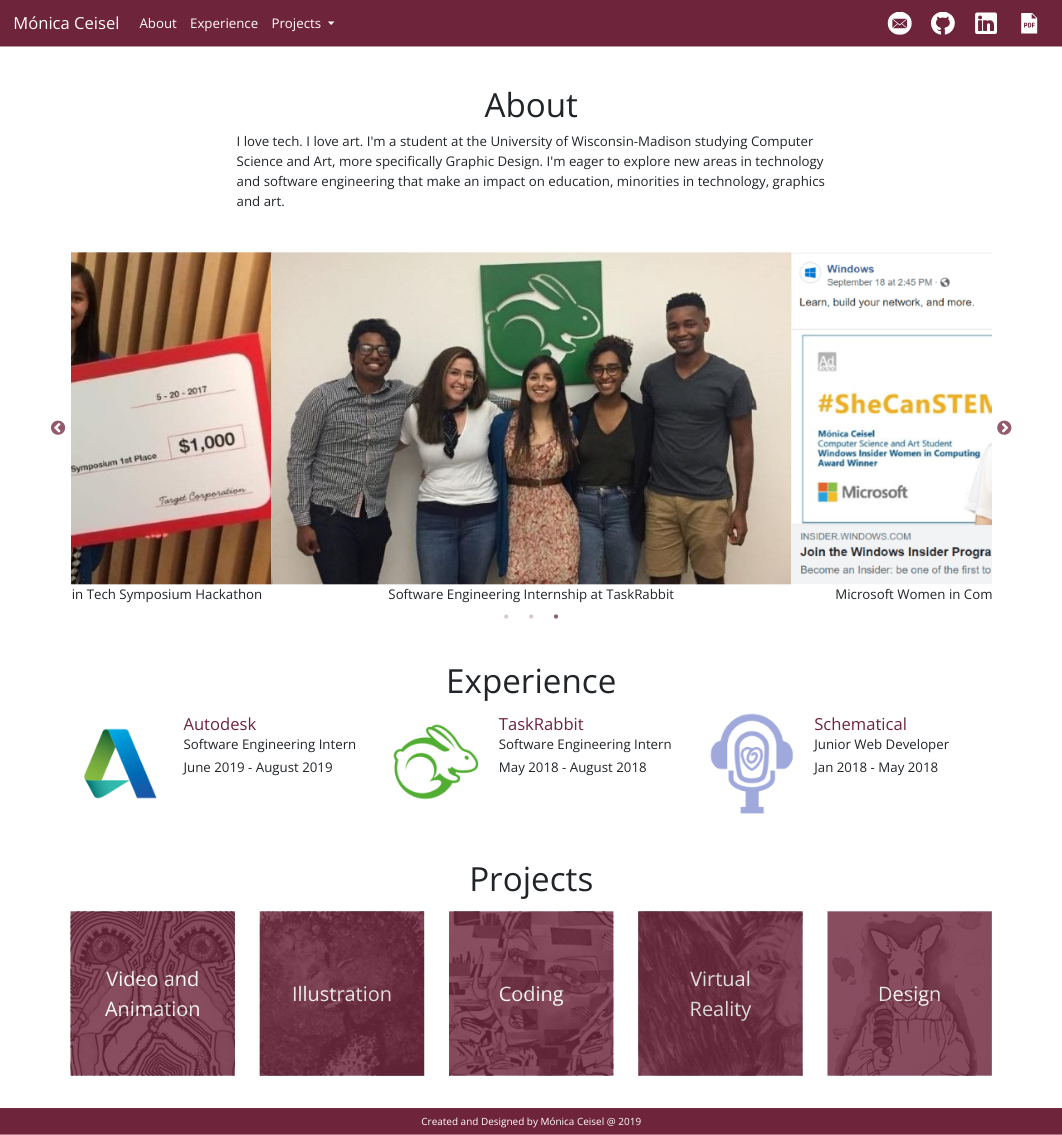
Repository: ceiselm/ceiselm.github.io
Page: index.html
These files come from the project's save history. The page is drawn as it stood at one moment and after the next save; the edit follows.
The browser window is 1280 px wide. The pictures show the whole page, at 83% of full size.

Above is the page before, as saved 2019-07-12 07:01:30.

### index.html
<!DOCTYPE html>
<html lang="en">

<head>
  <meta charset="utf-8">
  <meta http-equiv="X-UA-Compatible" content="IE=edge">
  <meta name="viewport" content="width=device-width, initial-scale=1">
  <title>M&oacute;nica Ceisel</title>
  <!-- Bootstrap -->
  <link href="css/bootstrap-4.2.1.css" rel="stylesheet">
  <!-- slick -->
  <link rel="stylesheet" type="text/css" href="slick/slick.css" />
  <!-- Add the new slick-theme.css if you want the default styling -->
  <link rel="stylesheet" type="text/css" href="slick/slick-theme.css" />
  <!-- font -->
  <link href="https://fonts.googleapis.com/css?family=Open+Sans&display=swap" rel="stylesheet">
  <!-- overwrites -->
  <link href="css/home.css" rel="stylesheet">
</head>

<body>
  <nav class="navbar navbar-expand-lg navbar-dark bg-dark">
    <a class="navbar-brand" href="./index.html">M&oacute;nica Ceisel</a>
    <button class="navbar-toggler" type="button" data-toggle="collapse" data-target="#navbarSupportedContent"
      aria-controls="navbarSupportedContent" aria-expanded="false" aria-label="Toggle navigation">
      <span class="navbar-toggler-icon"></span>
    </button>
    <div class="collapse navbar-collapse" id="navbarSupportedContent">
      <ul class="navbar-nav mr-auto">
        <li class="nav-item">
          <a class="nav-link" href="#startAbout">About</a>
        </li>
        <li class="nav-item">
          <a class="nav-link" href="#startExperience">Experience</a>
        </li>
        <li class="nav-item dropdown">
          <a class="nav-link dropdown-toggle" href="#" id="navbarDropdown" role="button" data-toggle="dropdown"
            aria-haspopup="true" aria-expanded="false">
            Projects
          </a>
          <div class="dropdown-menu" aria-labelledby="navbarDropdown">
            <a class="dropdown-item" href="./subpages/coding.html">Coding</a>
            <div class="dropdown-divider"></div>
            <a class="dropdown-item" href="./subpages/illustration.html">Illustration</a>
            <a class="dropdown-item" href="./subpages/design.html">Design</a>
            <a class="dropdown-item" href="./subpages/virtualreality.html">Virtual Reality</a>
            <a class="dropdown-item" href="./subpages/videoandanimation.html">Video and Animation</a>
          </div>
        </li>
      </ul>
    </div>
    <!--		HAVE ICONS APPEAR ON BOTTOM FOR RESPONSIVE!-->
    <div class="navabar navbar-collapse">
      <ul class="navbar-nav ml-auto">
        <li class="nav-item">
          <a target="_blank" href="mailto:ceiselm@gmail.com"><img class="contact-icon" src="images/social/mail.svg"
              title="ceiselm@gmail.com" alt="mail"></a>
          <a target="_blank" href="https://github.com/ceiselm"><img class="contact-icon" src="images/social/github.svg"
              title="ceiselm" alt="github"></a>
          <a target="_blank" href="https://www.linkedin.com/in/monicaceisel/"><img class="contact-icon" src="images/social/linkedin.svg"
              title="monicaceisel" alt="linkedin"></a>
          <!-- <a target="_blank" href="https://twitter.com/Momonimations"><img class="contact-icon" src="images/social/twitter.svg" title="Momonimations" alt="twitter"></a> -->
          <a target="_blank" href="https://drive.google.com/file/d/1QmD4gdm7__M2SBpGTWKV59mZdb-YG6Mg/view?usp=sharing"><img
              class="contact-icon" src="images/social/pdf.svg" title="Resume" alt="resume"></a>
        </li>
      </ul>
    </div>
  </nav>
  <!-- <hr> -->
  <div class="portion">
    <section>
      <div class="text-center mt-2">
        <div class="container">
          <div class="row">
            <div class="col-12">
              <h1 id="startAbout">About</h1>
              <div class="container">
                <div class="row justify-content-center">
                  <div class="col col-md-8">
                    <p align="left">I love tech. I love art. I'm a student at the University of Wisconsin-Madison
                      studying Computer Science and Art,
                      more specifically Graphic Design. I'm eager to explore new areas in technology and software
                      engineering that
                      make an impact on education, minorities in technology, graphics and art.
                    </p>
                  </div>
                </div>
              </div>
              <!--				https://insider.windows.com/en-us/community-news/how-this-coder-artist-grew-superpowers-to-create/-->
              <!--				https://insider.windows.com/en-us/community-news/extraordinary-women-in-computing/-->

              <!-- <div class="wrapper"> -->
              <div class="portion">
                <div class="slides">
                  <div><img class="slide-item" src="images/carousel/Microsoft.png" alt="First slide">Microsoft Women in
                    Computing Award Winner</div>
                  <div><img class="slide-item" src="images/carousel/Target.jpg" alt="Second slide">1st Place for the
                    Target Women in Tech Symposium Hackathon</div>
                  <div><img class="slide-item" src="images/carousel/TaskRabbit.jpg" alt="Third slide">Software
                    Engineering Internship at TaskRabbit</div>
                </div>
              </div>
            </div>
          </div>
        </div>
      </div>
    </section>
  </div>
  <!-- <hr> -->
  <div class="portion">
    <section>
      <div class="container">
        <div class="row">
          <div class="col-12 text-center">
            <h1 id="startExperience">Experience</h1>
            <!-- <p>Lorem ipsum dolor sit amet, consectetur adipisicing elit. Quibusdam, magni, doloribus, possimus eum sapiente deleniti doloremque fugit ut expedita molestiae iusto debitis eveniet modi obcaecati ipsam quos quis labore dicta.</p> -->
          </div>
        </div>
      </div>
    </section>
    <section>
      <div class="container mt-2">
        <div class="row">
          <div class="col-md-4 col-12">
            <ul class="list-unstyled">
              <li class="media">
                <img class="mr-3" src="images/companies/120px-Autodesk_logo.svg.png" alt="Generic placeholder image">
                <div class="media-body">
                  <h5 class="mt-0 mb-1"><a href="https://www.autodesk.com/">Autodesk</a></h5>
                  <h6>Software Engineering Intern</h6>
                  <h6>June 2019 - August 2019</h6>
                </div>
              </li>
            </ul>
          </div>
          <div class="col-md-4 col-12">
            <ul class="list-unstyled">
              <li class="media">
                <img class="mr-3" src="images/companies/taskrabbit_logo.png" alt="Generic placeholder image">
                <div class="media-body">
                  <h5 class="mt-0 mb-1"><a href="https://www.taskrabbit.com/">TaskRabbit</a></h5>
                  <h6>Software Engineering Intern</h6>
                  <h6>May 2018 - August 2018</h6>
                </div>
              </li>
            </ul>
          </div>
          <div class="col-md-4 col-12">
            <ul class="list-unstyled">
              <li class="media">
                <img class="mr-3" src="images/companies/castdex_logo.png" alt="Generic placeholder image">
                <div class="media-body">
                  <h5 class="mt-0 mb-1"><a href="http://www.castdex.com/">Schematical</a></h5>
                  <h6>Junior Web Developer</h6>
                  <h6>Jan 2018 - May 2018</h6>
                </div>
              </li>
            </ul>
          </div>
        </div>
      </div>
    </section>
  </div>
  <!-- <hr> -->
  <div class="portion">
    <section>
      <div class="container">
        <div class="row">
          <div class="col-12 text-center">
            <h1>Projects</h1>
            <!-- <p>Lorem ipsum dolor sit amet, consectetur adipisicing elit. Officia, et, placeat !</p> -->
          </div>
        </div>
        <div class="row mt-2">

          <div class="col-md mt-md-0 mt-1">
            <a href="#">
              <img class="image img-fluid float-right" src="images/buttons/Button03.png" alt="">
              <div class="overlay">
                <div class="text">Video and Animation</div>
              </div>
            </a>
          </div>

          <div class="col-md mt-md-0 mt-1">
            <a href="#">
              <img class="image img-fluid float-left" src="images/buttons/Button01.png" alt="">
              <div class="overlay">
                <div class="text">Illustration</div>
              </div>
            </a>
          </div>

          <div class="col-md mt-md-0 mt-1">
            <a href="#">
              <img class="image img-fluid float-left" src="images/buttons/Button05.png" alt="" href="#">
              <div class="overlay">
                <div class="text">Coding</div>
              </div>
            </a>
          </div>
          <div class="col-md mt-md-0 mt-1">
            <a href="#">
              <img class="image img-fluid float-right" src="images/buttons/Button04.png" alt="" href="#">
              <div class="overlay">
                <div class="text">Virtual Reality</div>
              </div>
            </a>
          </div>
          <div class="col-md mt-md-0 mt-1">
            <a href="#">
              <img class="image img-fluid float-left" src="images/buttons/Button02.png" alt="" href="#">
              <div class="overlay">
                <div class="text">Design</div>
              </div>
            </a>
          </div>
        </div>
      </div>
    </section>
  </div>

  <div class="portion">
        <div class="footer">
          <div class="container h-100">
            <div class="row h-100 justify-content-center align-items-center footer-text">
              <div class="col-12 text-center">
              Created and Designed by M&oacute;nica Ceisel @ 2019
            </div>
            </div>
          </div>
        </div>
    <!-- <div class="footer"></div> -->
  </div>
  <!-- jQuery (necessary for Bootstrap's JavaScript plugins) -->
  <script src="js/jquery-3.3.1.min.js"></script>
  <!-- Include all compiled plugins (below), or include individual files as needed -->
  <script src="js/popper.min.js"></script>
  <script src="js/bootstrap-4.2.1.js"></script>
  <script src="js/index.js"></script>
  <!-- slick -->
  <script type="text/javascript" src="slick/slick.min.js"></script>
</body>

</html>

### css/home.css
@charset "utf-8";
/* CSS Document */

body {
  font-family: 'Open Sans', sans-serif;
}

.footer {
  left: 0;
  bottom: 0;
  width: 100%;
  background-color: #6E243B;
  color: white;
  text-align: center;
  height: 2rem;
}

.footer-text {
  font-size: .75rem;
}

.contact-icon {
    height: 1.8em;
    width: 3em;

}

.contact-icon:hover {
    position: relative;
	opacity: .8;
}

.bg-dark {
  background-color: #6E243B !important;
}

.navbar-dark .navbar-nav .nav-link {
    color: rgba(255, 255, 255, 255);
}

h5 {
	color: #6E243B;
}

h5:hover, h5:link, h5:focus {
	color: #EDA200;
}

a {
	text-decoration: none !important;
	color: inherit;
}

a:hover, a:link, a:focus {
	color: inherit;
}

.image {
  position:relative;
  display: block;
  width: 100%;
  height: auto;
  opacity: 0.9;
  transition: 1s ease;
  -webkit-filter: grayscale(100%); /* Safari 6.0 - 9.0 */
  filter: grayscale(100%);
}

.overlay {
  position: relative;
  top: 0;
  bottom: 0;
  left: 0;
  right: 0;
  height: 100%;
  width: 100%;
  opacity: 0.8;
  background-color: #6E243B;
}

.col-md:hover .image {
  opacity: 1;
  -webkit-filter: grayscale(0%); /* Safari 6.0 - 9.0 */
  filter: grayscale(0%);
}

.col-md:hover .overlay {
  opacity: 0;
}


.text {
  color: white;
  font-size: 18pt;
  position: absolute;
  top: 50%;
  left: 50%;
  opacity: 1 !important;
  -webkit-transform: translate(-50%, -50%);
  -ms-transform: translate(-50%, -50%);
  transform: translate(-50%, -50%);
  text-align: center;
}


.slide-item {
  width: 100%;
}


.slick-prev:before {
  color: #6E243B;
}

.slick-next:before {
  color: #6E243B;
}

.slick-dots li.slick-active button::before {
  color: #6E243B;
}

.slick-dots li button::before {
  color: #6E243B;
}

.portion {
  padding-top: 3%;
}

### js/index.js
$(document).ready(function(){
  $('.slides').slick({
    centerMode: true,
    centerPadding: '60px',
    slidesToShow: 1,
    slidesToScroll: 1,
    adaptiveHeight: true,
    dots: true,
    arrows: true,
    variableWidth: true,
    autoplay: true,
    autoplaySpeed: 2000,
    responsive: [
      {
        breakpoint: 768,
        settings: {
          arrows: false,
          centerMode: true,
          centerPadding: '40px',
          slidesToShow: 1
        }
      },
      {
        breakpoint: 480,
        settings: {
          arrows: false,
          centerMode: true,
          centerPadding: '40px',
          slidesToShow: 1
        }
      }
    ]

  });
});

Loaded but not shown: css/bootstrap-4.2.1.css (library); slick/slick.css (common file); slick/slick-theme.css (library); js/jquery-3.3.1.min.js (library); js/popper.min.js (library); js/bootstrap-4.2.1.js (library); slick/slick.min.js (library)

After the next save:
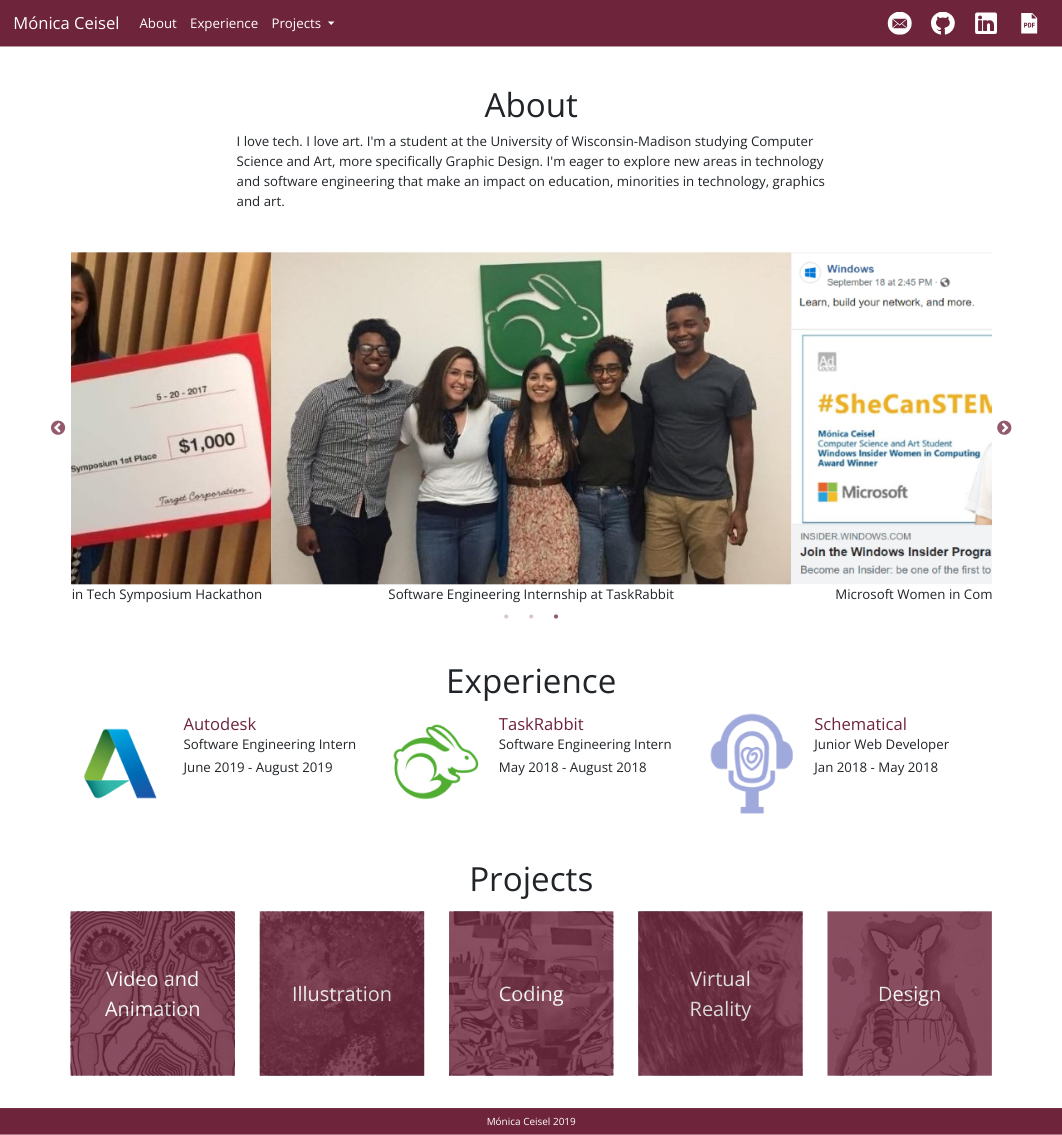
Saved 9 s later.
--- a/index.html
+++ b/index.html
@@ -225,7 +225,7 @@
           <div class="container h-100">
             <div class="row h-100 justify-content-center align-items-center footer-text">
               <div class="col-12 text-center">
-              Created and Designed by M&oacute;nica Ceisel @ 2019
+              M&oacute;nica Ceisel 2019
             </div>
             </div>
           </div>
